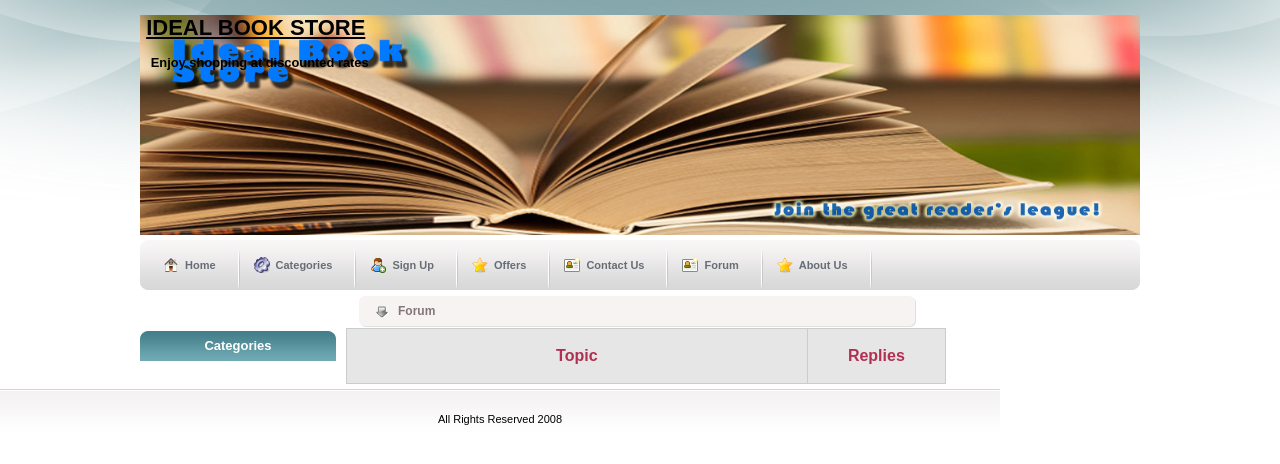
Repository: tusharjain887/Online-Book-Sales
Page: http://localhost/OnlineBook/forum.jsp
These files come from the project's save history. The page is drawn as it stood at one moment and after the next save; the edit follows.
The browser window is 1280 px wide. The pictures show the whole page.
The page is served by Tomcat 9. Queries for data that is not in the repository find no rows.

Above is the page before, as saved 2013-04-09 10:25:05.

### PROJECT/workspace/workspace/OnlineBook/WebContent/forum.jsp
<%@ page import="java.sql.*"%>
<%@ page import="java.io.*"%>
<%@ page import="java.util.*"%>
<%@ page import="java.lang.*"%>
<!DOCTYPE html PUBLIC "-//W3C//DTD XHTML 1.0 Transitional//EN" "http://www.w3.org/TR/xhtml1/DTD/xhtml1-transitional.dtd">
<html xmlns="http://www.w3.org/1999/xhtml">
<head>
<title>Categories</title>
<meta http-equiv="Content-Type" content="text/html; charset=windows-1252" />
<link rel="stylesheet" type="text/css" href="style.css" />
<!--[if IE 6]>
<link rel="stylesheet" type="text/css" href="iecss.css" />
<![endif]-->
<script type="text/javascript" src="js/boxOver.js"></script>
</head>
<body>
<div id="main_container">

  <div id="header">
  <div class="logout">
 <%  Object c=session.getAttribute("username");
if(c!=null)
	{
	out.print("Welcome  " +session.getAttribute("username").toString());
	%>
	&nbsp<a href='myprofile.jsp'>Profile</a>
	&nbsp<a href='logout.jsp'>Logout</a>
	<%
	}
	%>
	</div>
	<div class="leftcontent"><h1>&nbsp<u>IDEAL BOOK STORE</u></h1></div>
    <div class="leftdowncontent"><h3>&nbsp&nbsp&nbspEnjoy shopping at discounted rates</h3></div>

  </div>

  <div id="main_content">
    <div id="menu_tab">
      <div class="left_menu_corner"></div>
      <ul class="menu">
        <li><a href="index.jsp" class="nav1"> Home</a></li>
        <li class="divider"></li>
        <li><a href="categories.jsp" class="nav2">Categories</a></li>
        <li class="divider"></li>
        <%
        if(c==null)
        {
        %><li><a href="registration.jsp" class="nav4">Sign Up</a></li>
        <li class="divider"></li>
        <%
        }
        %>
        <li><a href="news.jsp" class="nav3">Offers</a></li>
        <li class="divider"></li>
        <li><a href="contact.jsp" class="nav6">Contact Us</a></li>
        <li class="divider"></li>
        <li><a href="forum.jsp" class="nav6">Forum</a></li>
        <li class="divider"></li>
        <li><a href="aboutus.jsp" class="nav3">About Us</a></li>
        <li class="divider"></li>

      </ul>
      <div class="right_menu_corner"></div>
    </div>
    <!-- end of menu tab -->
    <div class="left_content">
     <br><br><br>
      <div class="title_box">Categories</div>
      <ul class="left_menu">
      <%
      try{
    	  Class.forName("com.ibm.db2.jcc.DB2Driver").newInstance();
	Connection Conn8=DriverManager.getConnection("jdbc:db2://localhost:50000/BOOKS","Rakesh","Rakesh");
	PreparedStatement ps8=Conn8.prepareStatement("SELECT CAT_ID,CAT_NAME FROM CATEGORY");
	ResultSet rs8=ps8.executeQuery();
	while(rs8.next())
    {
		String name=rs8.getString(2);
 	%>
        <li class="even"><%out.println("<a href='viewcategory.jsp?cat_id="+rs8.getString(1)+"'>"+name+"</a>");%></li>
        <%
        }
        %>
      </ul>
      <%
      PreparedStatement ps9=Conn8.prepareStatement("SELECT IMAGEURL FROM ADVERTISEMENT ORDER BY AD_ID DESC LIMIT 0,3");
	ResultSet rs9=ps9.executeQuery();
	while(rs9.next())
    {
		%>
      <div class="banner_adds"><br><br><br> <%out.println("<img src='C:/Uploaded Images/"+rs9.getString(1)+"'></img>");%> </div>
      <%
      }
	ps8.close();
	ps9.close();
	Conn8.close();
      }
      catch(Exception ex){
  	    out.println(ex);
  	}
      %>
    </div>
      </div>


    <!-- end of left content -->
    <div class="center_content">
      <div class="center_title_bar">Forum</div>
      <div style="font-size:16px;color:#B13052;">
      <table width="600" border="0" align="center" cellpadding="18" cellspacing="1" bgcolor="#CCCCCC">
<tr>
<td width="77%" align="center" bgcolor="#E6E6E6"><strong>Topic</strong></td>
<td width="23%" align="center" bgcolor="#E6E6E6"><strong>Replies</strong></td>
</tr>
     <%
     try{
    	 Class.forName("com.ibm.db2.jcc.DB2Driver").newInstance();
      Connection Conn1=DriverManager.getConnection("jdbc:db2://localhost:50000/BOOKS","Rakesh","Rakesh");
      PreparedStatement ps2=null;
	PreparedStatement ps1=Conn1.prepareStatement("SELECT * FROM THREAD");
	ResultSet rs1=ps1.executeQuery();
	while(rs1.next())
    {
		%>
		<tr>
<td width="77%" align="center" bgcolor="#E6E6E6"><strong><%out.println("<a href='view_thread.jsp?thread_id="+rs1.getInt(1)+"'>"+rs1.getString(3)+"</a>");%></strong><br>Posted by <%out.println(rs1.getString(2));%></td>
<%
ps2=Conn1.prepareStatement("SELECT COUNT(REPLY_ID) FROM REPLY WHERE THREAD_ID='"+rs1.getInt(1)+"'");
ResultSet rs2=ps2.executeQuery();
if(rs2.next())
{
	%>
	<td width="23%" align="center" bgcolor="#E6E6E6"><%out.println(rs2.getInt(1));%></td>
	<%
}
    }
	ps1.close();

	Conn1.close();
	}
	catch(Exception ex){
	    out.println(ex);
	}

      %>
      <%
        if(c!=null)
        {
        %>
        <tr>
<td colspan="5" align="right" bgcolor="#E6E6E6"><a href="create_thread.jsp"><strong>Create New Topic</strong> </a></td>
</tr>
        <%
        }%>

</table>
</div>
    </div>
    <!-- end of center content -->
    <div class="right_content">
     <br><br>
     <%
    if(c!=null)
    {
    	%>
    	<div class="shopping_cart">
        <div class="cart_title">Shopping cart</div>
        <%
        try{
        	Class.forName("com.ibm.db2.jcc.DB2Driver").newInstance();
            Connection Conn1=DriverManager.getConnection("jdbc:db2://localhost:50000/BOOKS","Rakesh","Rakesh");
            Connection Conn2=DriverManager.getConnection("jdbc:db2://localhost:50000/BOOKS","Rakesh","Rakesh");
        PreparedStatement ps1=Conn1.prepareStatement("SELECT sum(s.quantity)FROM TEMP s");
        PreparedStatement ps2=Conn2.prepareStatement("SELECT sum(s.quantity * s.cost)FROM TEMP s");
        ResultSet rs1=ps1.executeQuery();
        ResultSet rs2=ps2.executeQuery();
        while(rs1.next())
        {
        	String value=rs1.getString(1);
        	if(value==null)
        	{value="0";}
    		%>
        <div class="cart_details"><%out.println(value);%> items <br />
      <%
    }
        while(rs2.next())
        {
    		String value=rs2.getString(1);
        	if(value==null)
        	{value="0";}
    		%>
          <span class="border_cart"></span> Total: <span class="price"><%out.println(value);%></span> </div>
      <%
    }
	ps1.close();
	Conn1.close();
	ps2.close();
	Conn2.close();
	}
	catch(Exception ex){
	    out.println(ex);
	}

      %>



        <div class="cart_icon"><a href="view_cart.jsp" title="header=[Checkout] body=[&nbsp;] fade=[on]"><img src="images/shoppingcart.png" alt="" width="48" height="48" border="0" /></a></div>
        </div>
     <%
     }
     %>
     <br><br>
     <center>

        <%
        Connection Conn10=DriverManager.getConnection("jdbc:db2://localhost:50000/BOOKS","Rakesh","Rakesh");
      PreparedStatement ps10=Conn10.prepareStatement("SELECT IMAGEURL FROM ADVERTISEMENT ORDER BY AD_ID DESC LIMIT 3,6");
	ResultSet rs10=ps10.executeQuery();
	while(rs10.next())
    {
		%>
      <div class="banner_adds"><br><br><br> <%out.println("<img src='C:/Uploaded Images/"+rs10.getString(1)+"'></img>");%> </div>
      <%
      }
	ps10.close();
	Conn10.close();
      %>
    </div>
    <!-- end of right content -->
  </div>
  <!-- end of main content -->
  <div class="footer">
    <br><br>
    <center> All Rights Reserved 2008</center>
      </div>

<!-- end of main_container -->
</body>
</html>

### PROJECT/workspace/workspace/OnlineBook/WebContent/style.css
body
{
background:url(images/bg.jpg) no-repeat #fff center top;
padding:0;
font-family:Arial, Helvetica, sans-serif;
font-size:11px;
margin:0px auto auto auto;
color:#000;
}
p{
padding:2px;
margin:0px;
}
#main_container{
width:1000px;
height:auto;
margin:auto;
padding:0px;
}
.top_bar{
width:1000px;
height:38px;
background-color:#4a4a4a;
}
.top_search{
width:370px;
height:32px;
margin:0px 20px 0 0;
_margin:0px 10px 0 0;
float:right;
background:url(images/top_search_bg.gif) no-repeat center;
}
input.search_input{
width:182px;
height:18px;
float:left;
margin:5px 0 0 0 ;
border:1px solid #dbdbdb;
border-bottom-color:#ffffff;
border-right-color:#ffffff;
}
.search_text{
float:left;
width:110px;
padding:8px 0 0 15px;
color:#999999;
}
.search_text a{
text-decoration:none;
color:#999999;
}
.search_bt{
float:left;
padding:2px 0 0 15px;
}
.languages{
float:right;
width:150px;
padding:8px 0 0 0;
}
.lang_text{
float:left;
padding:0 5px 0 0;
color:#b3adad;
}
a.lang{
display:block;
float:left;
padding:0 5px 0 5px;
}
#header{
width:1000px;
height:220px;
background:url(images/book4.jpg) no-repeat center;
background-position:0px 0px;
background-size:1000px 220px;
margin=0;
}
.logout{
	float:right;
	font-size:14px;
	color: green;
	font-weight: bold;
}
.logout a,.logout a:hover {
	color: B13052;
}

}
#logo{
padding:15px;
}
#templatemo_header {
	clear: both;
	width: 1000px;
	height: 200px;
	padding: 0;
	margin: 0;
	background: url(images/templatemo_header_bg.jpg) no-repeat;
}

#templatemo_header a,a:hover {
	color: #000;
}

#templatemo_header #templatemo_special_offers {
	float: left;
	font-size: 14px;
	margin-top: 95px;
	margin-left: 490px;
	width: 180px;
}

#templatemo_special_offers a {
	font-size: 12px;
}

#templatemo_special_offers  p {
	margin: 0 0 20px 0;
}
#templatemo_special_offers p span {
	font-size: 18px;
}

#templatemo_header #templatemo_new_books {
	float: left;
	margin-top: 90px;
	margin-left: 55px;
	width: 180px;
}

#templatemo_new_books ul {
	 margin: 0 0 10px 0;
	 padding: 0 0 0 20px;
}

#templatemo_new_books li {
	 margin: 0;
	 padding: 0;
}

/*------------------------------oferte_content-----------------------*/
.oferte_content{
width:600px;
height:264px;
float:left;
padding:0 0 0 50px;
}
.top_divider{
float:left;
width:1px;
height:164px;
}
.oferta{
width:538px;
float:left;
padding:15px 30px 0 30px;
}
.oferta_img{
float:left;
padding:0 0 10px 0;
}
.oferta_title{
font-size:15px;
color:#b72c24;
font-weight:bold;
}
.oferta_details{
width:400px;
float:left;
padding:0 0 0 30px;
}
.oferta_text{
padding:5px 0 5px 0;
font-size:12px;
color:#FFFFFF;
text-align:justify;
line-height:15px;
}
a.details{
width:83px;
height:21px;
display:block;
float:right;
margin:5px 0 0 0;
padding-left:5px;
background:url(images/details_bt_bg.gif) no-repeat center;
text-align:center;
line-height:21px;
text-decoration:none;
color:#000000;
}
/*---------------------oferta_pagination-----------------------------*/

div.oferta_pagination {
clear:both;
padding:10px 0 0 0;
_padding:0px 0 0 0;
margin:5px;
text-align:center;
float:left;
font-size:10px;
}

div.oferta_pagination a {
width:22px;
height:22px;
display:block;
float:left;
margin:0 0 0 5px;
_margin:0 0 0 3px;
line-height:23px;
text-align:center;
background:url(images/pag_bg.gif) no-repeat center;
text-decoration:none;
color:#9d8b8b;
}
div.oferta_pagination a:hover, div.pagination a:active {
width:22px;
height:22px;
display:block;
float:left;
line-height:23px;
text-align:center;
background:url(images/pag_bg_a.gif) no-repeat center;
text-decoration:none;
color:#ad1614;
}
div.oferta_pagination span.current {
width:22px;
height:22px;
display:block;
float:left;
line-height:23px;
text-align:center;
background:url(images/pag_bg_a.gif) no-repeat center;
text-decoration:none;
color:#ad1614;
}
#main_content{
clear:both;
}
/*---------------- menu tab----------------------*/
#menu_tab{
width:1000px;
height:50px;
background-color:#fff;
margin-top:5px;
}
.left_menu_corner{
width:9px;
height:50px;
float:left;
background:url(images/menu_left.gif) no-repeat center;
}
.right_menu_corner{
width:9px;
height:50px;
float:left;
background:url(images/menu_right.gif) no-repeat center;
}
ul.menu {
list-style-type:none; float:left; display:block; width:982px;
margin:0px; padding:0px;background:url(images/menu_bg.gif) repeat-x;}

ul.menu li {
display:inline;
font-size:11px;
font-weight:bold;
line-height:50px;
}
ul.menu li.divider {
display:inline;
width:2px;
height:50px;
float:left;
background:url(images/menu_divider.gif) no-repeat center;
}

a.nav1:link, a.nav1:visited {
display:block; float:left; padding:0px 8px 0px 22px; margin:0 14px 0 14px;height:50px;text-decoration:none; background:url(images/home.png) no-repeat left; color:#676d77;}
a.nav2:link, a.nav2:visited {
display:block; float:left; padding:0px 8px 0px 22px; margin:0 14px 0 14px;height:50px;text-decoration:none; background:url(images/services.png) no-repeat left; color:#676d77;}
a.nav3:link, a.nav3:visited {
display:block; float:left; padding:0px 8px 0px 22px; margin:0 14px 0 14px;height:50px;text-decoration:none; background:url(images/favs.png) no-repeat left; color:#676d77;}
a.nav4:link, a.nav4:visited {
display:block; float:left; padding:0px 8px 0px 22px; margin:0 14px 0 14px;height:50px;text-decoration:none; background:url(images/user_add.png) no-repeat left; color:#676d77;}
a.nav5:link, a.nav5:visited {
display:block; float:left; padding:0px 8px 0px 22px; margin:0 14px 0 14px;height:50px;text-decoration:none; background:url(images/car.png) no-repeat left; color:#676d77;}
a.nav6:link, a.nav6:visited {
display:block; float:left; padding:0px 8px 0px 22px; margin:0 14px 0 14px;height:50px;text-decoration:none; background:url(images/contact-new.png) no-repeat left; color:#676d77;}

a.nav1:hover, a.nav2:hover, a.nav3:hover, a.nav4:hover, a.nav5:hover, a.nav6:hover {
color:#333333;}


li.currencies{
width:180px;
float:left;
padding:0 0 0 15px;
_padding:12px 0 0 15px;
color:#676d77;
font-size:11px;
font-weight:bold;
}
/*----------------crumb_navigation-------------*/
.crumb_navigation{
width:980px;
height:15px;
padding:5px 10px 0 20px;
color:#333333;
background:url(images/navbullet.png) no-repeat left;
background-position:5px 6px;
}
.crumb_navigation a{
color:#0fa0dd;
text-decoration:underline;
}
span.current{
color:#0fa0dd;
}

/*-------------left_content------------------*/
.left_content{
width:196px;
float:left;
}
.title_box{
width:196px;
height:30px;
margin:5px 0 0 0;
background:url(images/menu_title_bg.gif) no-repeat center;
text-align:center;
font-size:13px;
font-weight:bold;
color:#fff;
line-height:30px;
}
/*--------left menu---------*/
ul.left_menu{
width:196px;
padding:0px;
margin:0px;
list-style:none;
}
ul.left_menu li{
margin:0px;
list-style:none;
}
ul.left_menu li.odd a{
width:166px;height:25px;display:block;background:url(images/checked.png) no-repeat left #dad0d0; background-position:5px 5px;border-bottom:1px #FFFFFF solid;
text-decoration:none;color:#504b4b;padding:0 0 0 30px; line-height:25px;
}
ul.left_menu li.even a{
width:166px;height:25px;display:block;background:url(images/checked.png) no-repeat left #eee6e6;background-position:5px 5px;border-bottom:1px #FFFFFF solid;
text-decoration:none;color:#504b4b;padding:0 0 0 30px; line-height:25px;
}
ul.left_menu li.even a:hover, ul.left_menu li.odd a:hover{
background:url(images/checked.png) no-repeat left #7bbcc7; color:#FFFFFF;background-position:5px 5px;
}

.border_box{
width:194px;
height:auto;
text-align:center;
border:1px #6da6b1 solid;
}
.product_title{
color:#ea2222;
padding:5px 0 5px 0;
font-weight:bold;
}
.product_title a{
text-decoration:none;
color:#ea2222;
padding:5px 0 5px 0;
font-weight:bold;
}
.product_title a:hover{
color:#064E5A;
}
.product_img{
padding:5px 0 5px 0;
}
.prod_price{
padding:5px 0 5px 0;
}
span.reduce{
color:#ea2222;
text-decoration:line-through;
}
span.price{
color:#ea2222;
}
/*----------newsletter--------------*/
input.newsletter_input{
width:160px;
height:16px;
border:1px #ddd9d9 solid;
margin:10px 0 5px 0;
font-size:12px;
padding:3px;
color:#999999;
}
a.join{
width:17px;
display:block;
margin:5px 0 5px 140px;
_margin:5px 0 5px 130px;
background:url(images/blue-add.png) no-repeat left;
padding:0 0 0 20px;
text-decoration:none;
color:#1c4a52;
}
.banner_adds{
width:194px;
text-align:center;
padding:10px 0 10px 0;
}

/*center content--------------------------*/
.center_content{
width:585px;
float:left;
padding:5px 10px;
}
.center_title_bar{
width:520px;
height:33px;
float:left;
padding:0 0 0 40px;
margin:0 0 0 12px;
_margin:0 0 0 6px;
line-height:33px;
font-size:12px;
color:#847676;
font-weight:bold;
background:url(images/bar_bg.gif) no-repeat center;
}

/*----------------------right content--------------*/
.right_content{
width:196px;
float:left;
padding:5px 0 0 0;
}
.shopping_cart{
width:195px;
height:84px;
text-align:center;
background:url(images/cart_bg.gif) no-repeat center;
}
.cart_title{
font-size:12px;
font-size:12px;
color:#847676;
font-weight:bold;
padding:8px 0 0 0;
}
.cart_details{
width:115px;
float:left;
padding:5px 0 0 15px;
text-align:left;
}
.cart_icon{
float:left;
padding:5px 0 0 5px;
}
span.border_cart{
width:100px;
height:1px;
margin:3px 0 3px 0;
display:block;
border-top:1px #999999 dashed;
}
/*---------prod_box----------*/
.prod_box{
width:173px;
height:auto;
float:left;
padding:10px 10px 10px 11px;
}
.top_prod_box{
width:173px;height:12px;background:url(images/product_box_top.gif) no-repeat center bottom;float:left; padding:0px; margin:0px;
}
.bottom_prod_box{
width:173px;height:10px;background:url(images/product_box_bottom.gif) no-repeat center top;float:left;padding:0px; margin:0px;
}
.center_prod_box{
width:173px;height: auto;background:url(images/product_box_center.gif) repeat-y;float:left; text-align:center;padding:0px; margin:0px;
}
.prod_details_tab{
width:173px;
height:31px;
float:left;
background:url(images/products_details_bg.gif) no-repeat center;
margin:3px 0 0 0;
}
img.left_bt{
float:left;
padding:6px 0 0 6px;
}
a.prod_details{
width:25px;
display:block;
float:left;
background:url(images/square-blue-add.gif) no-repeat left;
padding:0 0 0 20px;
margin:7px 0 0 38px;
_margin:6px 0 0 35px;
text-decoration:none;
color:#0fa0dd;
}
/*---------prod_box_big----------*/
.prod_box_big{
width:554px;
height:auto;
float:left;
padding:10px 10px 10px 15px;
}
.top_prod_box_big{
width:554px;height:12px;background:url(images/details_box_top.gif) no-repeat center bottom;float:left; padding:0px; margin:0px;
}
.bottom_prod_box_big{
width:554px;height:12px;background:url(images/details_box_bottom.gif) no-repeat center top;float:left;padding:0px; margin:0px;
}
.center_prod_box_big{
width:554px;height: auto;background:url(images/details_box_center.gif) repeat-y;float:left; text-align:center;padding:0px; margin:0px;
}
.product_img_big{
width:170px;
padding:5px 0 5px 10px;
float:left;
}
.details_big_box{
width:345px;
float:left;
padding:0 0 0 15px;
text-align:left;
}
.product_title_big{
color:#ea2222;
padding:5px 0 5px 0;
font-weight:bold;
font-size:14px;
}
.specifications{
font-size:12px;
font-weight:bold;
line-height:18px;
}
.thumbs{
padding:8px 5px 8px 5px;
border:1px #DFD1D1 solid;
margin:3px 0 0 0;
}
.thumbs a{
padding:3px;
}
.prod_price_big{
padding:5px 0 5px 0;
font-size:16px;
}
span.reduce{
color:#ea2222;

}
span.price{
color:#ea2222;
}
a.addtocart{
width:76px;
height:27px;
display:block;
float:left;
background:url(images/addtocart.gif) no-repeat left;
padding:0 0 0 33px;
text-decoration:none;
line-height:27px;
color:#1c4a52;
}
a.compare{
width:76px;
height:27px;
display:block;
float:left;
margin:0 0 0 10px;
background:url(images/compare.gif) no-repeat left;
padding:0 0 0 33px;
text-decoration:none;
line-height:27px;
color:#1c4a52;
}
span.blue{
color:#5F9FAB;
}
/*---------------contact_form------------------*/
.contact_form{
width:355px;
float:left;
padding:0px 0 0 75px;
}
.form_row{
width:335px;
clear:both;
padding:10px 0 10px 0;
_padding:5px 0 5px 0;
color:#a53d17;
}
label.contact{
width:75px;
float:left;
font-size:12px;
text-align:right;
padding:4px 5px 0 0;
color: #333333;
}
input.contact_input{
width:253px;
height:18px;
background-color:#fff;
color:#999999;
border:1px #DFDFDF solid;
float:left;
}
textarea.contact_textarea{
width:253px;
height:50px;
font-family:Arial, Helvetica, sans-serif;
font-size:12px;
color: #999999;
background-color:#fff;
border:1px #DFDFDF solid;
float:left;
}
a.contact{
width:99px;
height:27px;
display:block;
float:right;
margin:0 0 0 10px;
background:url(images/contact_bt.gif) no-repeat left;
padding:0 0 0 10px;
text-decoration:none;
line-height:27px;
color:#1c4a52;
}
/*--------------footer----------------*/
.footer{
width:1000px;
clear:both;
height:65px;
background:url(images/footer_bg.gif) repeat-x top;
}
.left_footer{
float:left;
width:300px;
padding:5px 0 0 10px;
}
.right_footer{
float:right;
padding:15px 30px 0 0;
}
.right_footer a{
padding:0 0 0 7px;
text-decoration:none;
color: #666666;
}
.right_footer a:hover{
text-decoration:underline;
}

.center_footer{
float:left;
width:200px;
text-align:center;
color:#666666;
padding:10px 0 0 60px;
}

Loaded but not shown: PROJECT/workspace/workspace/OnlineBook/WebContent/js/boxOver.js (369 lines, source omitted)

After the next save:
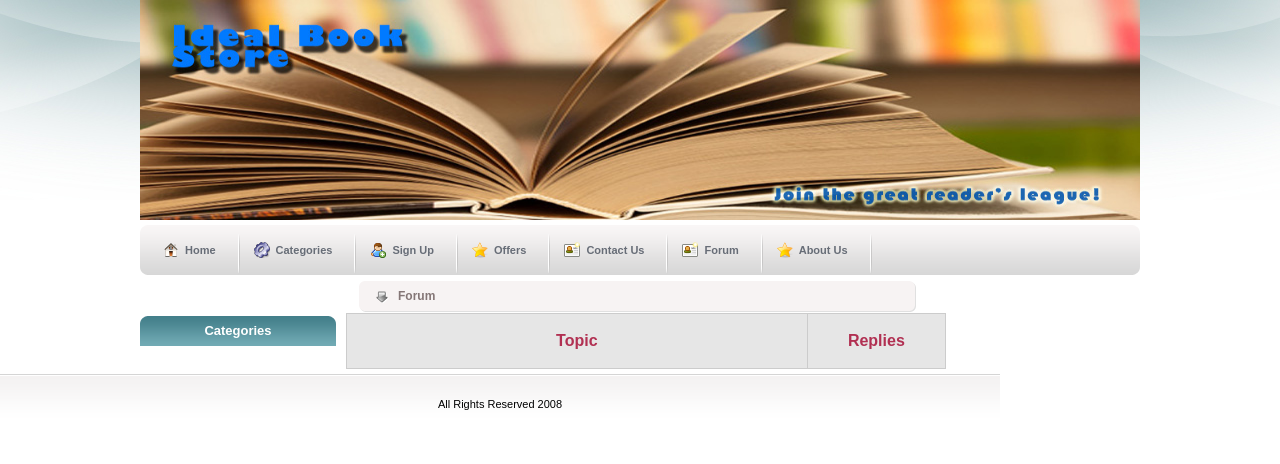
Saved 18 s later.
--- a/PROJECT/workspace/workspace/OnlineBook/WebContent/forum.jsp
+++ b/PROJECT/workspace/workspace/OnlineBook/WebContent/forum.jsp
@@ -5,7 +5,7 @@
 <!DOCTYPE html PUBLIC "-//W3C//DTD XHTML 1.0 Transitional//EN" "http://www.w3.org/TR/xhtml1/DTD/xhtml1-transitional.dtd">
 <html xmlns="http://www.w3.org/1999/xhtml">
 <head>
-<title>Categories</title>
+<title>Forum</title>
 <meta http-equiv="Content-Type" content="text/html; charset=windows-1252" />
 <link rel="stylesheet" type="text/css" href="style.css" />
 <!--[if IE 6]>
@@ -29,8 +29,6 @@ if(c!=null)
 	}
 	%>
 	</div>
-	<div class="leftcontent"><h1>&nbsp<u>IDEAL BOOK STORE</u></h1></div>
-    <div class="leftdowncontent"><h3>&nbsp&nbsp&nbspEnjoy shopping at discounted rates</h3></div>
 
   </div>
 
